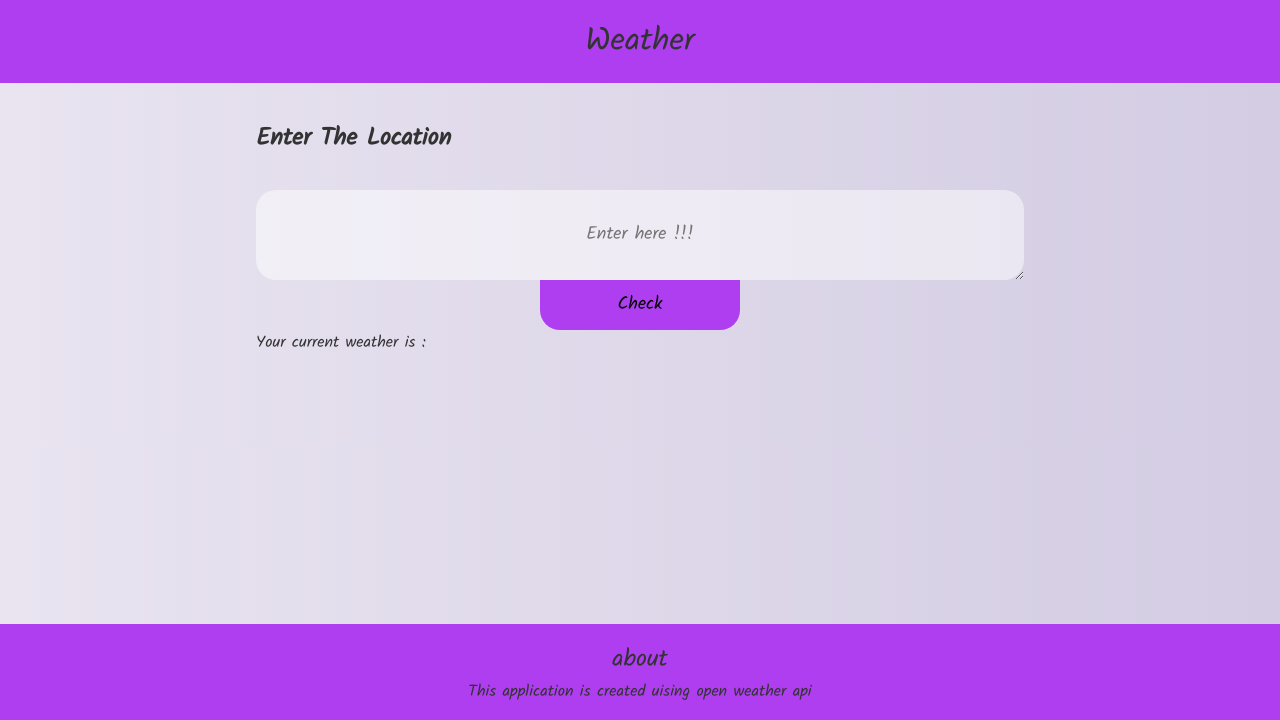
Repository: Irfan-vit/openapi
Page: index.html
The author's editor kept a copy of each file at every save. The page is drawn from the files as they stood at one save, then again after the next save.
The browser window is 1280 px wide. The pictures show the whole page.

Above is the page before, as saved 2021-05-27 23:54:04.

### index.html
<!DOCTYPE html>
<html lang="en">

<head>
    <meta charset="UTF-8">
    <meta http-equiv="X-UA-Compatible" content="IE=edge">
    <meta name="viewport" content="width=device-width, initial-scale=1.0">
    <title>Api</title>
    <link rel="stylesheet" href="style.css">
</head>

<body>

    <nav>
        <div style="font-size: 2rem; padding: 1rem;">
            Weather
        </div>

    </nav>

    <main>

        <h2>Enter The Location</h2>

        <textarea name="" id="txt-input" class="t-area" placeholder="Enter here !!!"></textarea>

        <button id="btn-translate">
            Check
        </button>

        <div>Your current weather is :</div>

        <div id="output" class="t-area">

        </div>

    </main>

    <footer>
        <div style="font-size: x-large;">about</div>
        <p>This application is created uising open weather api</p>
    </footer>



    <script src="app.js" type="text/javascript"></script>
</body>

</html>

### style.css
@import url('https://fonts.googleapis.com/css2?family=Kalam&display=swap');

* {
    box-sizing: border-box;
}

:root {
    --primary: #af3ef0;
    --black: #333333;
    --width-break:800px
}

body {
    margin: 0;
    font-family: 'Kalam', cursive;
    color: #333333;
    background: #D3CCE3;  /* fallback for old browsers */
background: -webkit-linear-gradient(to right, #E9E4F0, #D3CCE3);  /* Chrome 10-25, Safari 5.1-6 */
background: linear-gradient(to right, #E9E4F0, #D3CCE3); /* W3C, IE 10+/ Edge, Firefox 16+, Chrome 26+, Opera 12+, Safari 7+ */

}

nav {
    background-color: var(--primary);
    text-align: center;
}

main {
    margin: auto;
    padding: 1rem;
    max-width: var(--width-break);
}

textarea {
    box-sizing: border-box;
    display: block;
    width: 100%;
    min-height: 5vh;
    margin-top: 2rem;
    font-size: large;
    font-family: inherit;
    background-color: #ffffff7a;
    border:none;
    border-radius:20px;
    text-align: center;
    padding-top: 30px;;
}

textarea:hover {
    box-sizing: border-box;
    display: block;
    width: 100%;
    min-height: 5vh;
    margin-top: 2rem;
    font-size: large;
    font-family: inherit;
    background-color: #ffffff;
    border-radius:20px;
    border: none;
    text-align: center;
}

button {
    background-color: var(--primary);
    border: none;
    margin: 8rem 0rem;
    font-family: 'Kalam', cursive;
    font-size: large;
    cursor: pointer;
    height: 50px;
    width: 200px;
    border-bottom-left-radius:20px;
    border-bottom-right-radius:20px;
    /* text-align: center; */
    margin:auto;
    display:block;

}


#output {
    box-sizing: border-box;
    width: 100%;
    min-height: 10vh;
    max-height: 20vh;
    /* border: 1px solid var(--black); */
}

footer {
    position: fixed;
    bottom: 0;
    width: 100%;
    padding: 1rem;
    background-color: var(--primary);
    text-align: center;
}

footer p {
    max-width: var(--width-break);
    margin: auto;
}

### app.js
var btnTranslate = document.querySelector("#btn-translate");
var txtInput = document.querySelector("#txt-input");
var outputDiv = document.querySelector('#output')
var serverURL = "https://api.openweathermap.org/data/2.5/weather?q="
var key = "&appid=49257f6591cfc3ed8daf0b5970d519cb"

function getTranslationURL(text) {
    return serverURL + text + key
}

function errorHandler(error) {
    console.log("error occured", error)
    alert("something went wrong  :  " + error)
}

function clickHandler() {
    // outputDiv.innerText = "translated  " + txtInput.value + "  To : bababbababababababa ";

    var inputText = txtInput.value;

    fetch(getTranslationURL(inputText))
        .then(response => response.json())
        .then(json => {
            var translatedText = "Country : " + json['sys']['country'] + " | tempreature : " + json['main']['temp'] + " | weather : " +  json['weather'][0]['description'] + " | longitude : " + json['coord']['lon'] + " | latitude : " + json['coord']['lat'] + " | wind speed : " + json['wind']['speed'] + " | Wind direction, degrees : " + json['wind']['deg'];
            outputDiv.innerText = translatedText;
            })
    };


btnTranslate.addEventListener("click", clickHandler)

After the next save:
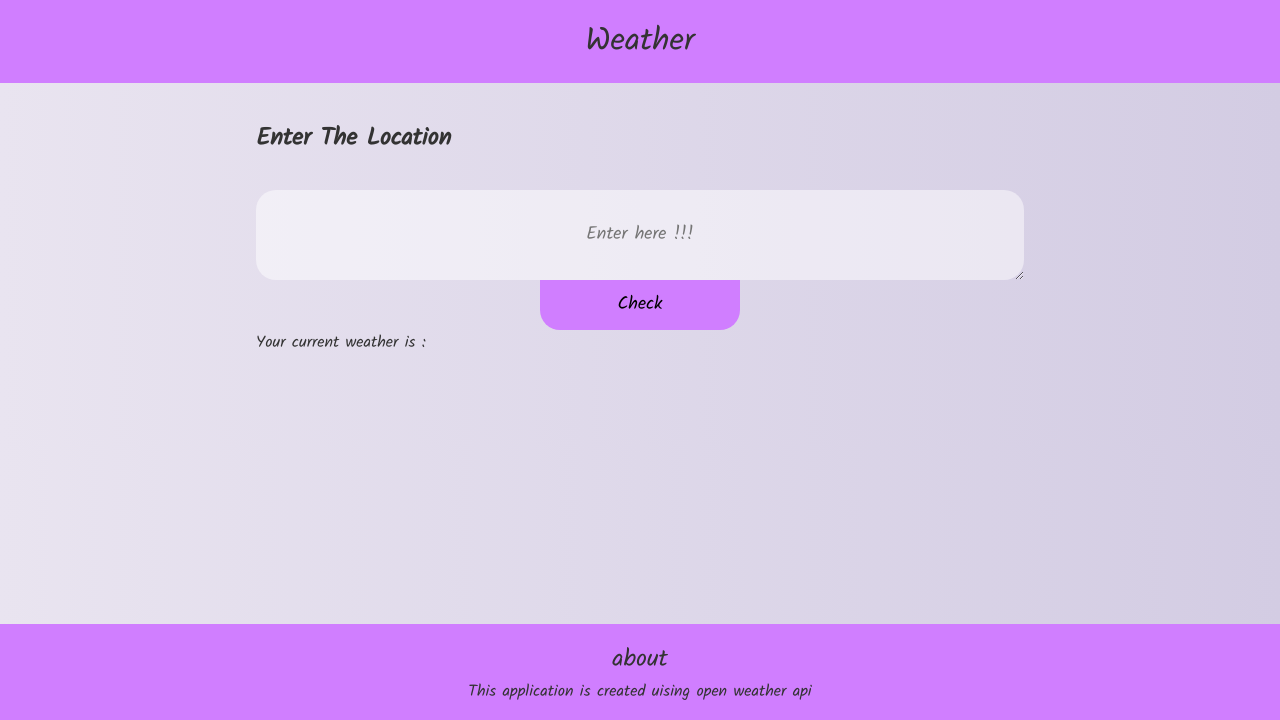
Saved 4 s later.
--- a/style.css
+++ b/style.css
@@ -5,7 +5,7 @@
 }
 
 :root {
-    --primary: #af3ef0;
+    --primary: #d07eff;
     --black: #333333;
     --width-break:800px
 }
